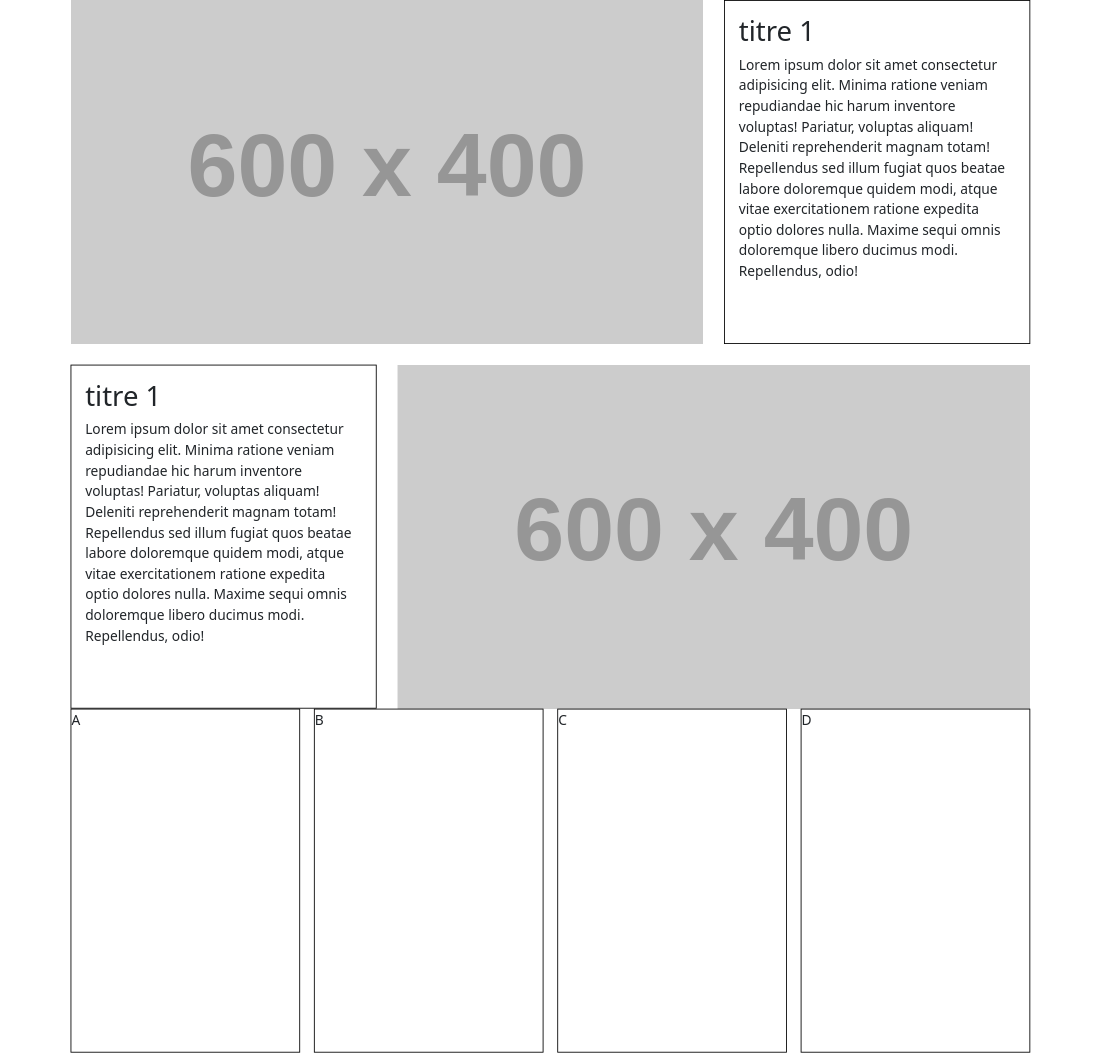
Repository: fbansept/ran3_24_jeu
Page: correction-tp.html
The author's editor kept a copy of each file at every save. The page is drawn from the files as they stood at one save, then again after a run of saves.
The browser window is 1280 px wide. The pictures show the whole page, at 86% of full size.

Above is the page before, as saved 2024-10-22 15:33:40.

### correction-tp.html
<!DOCTYPE html>
<html lang="en">
  <head>
    <meta charset="UTF-8" />
    <meta name="viewport" content="width=device-width, initial-scale=1.0" />
    <title>Document</title>

    <link
      href="https://cdn.jsdelivr.net/npm/bootstrap@5.3.3/dist/css/bootstrap.min.css"
      rel="stylesheet"
      integrity="sha384-QWTKZyjpPEjISv5WaRU9OFeRpok6YctnYmDr5pNlyT2bRjXh0JMhjY6hW+ALEwIH"
      crossorigin="anonymous"
    />

    <script
      defer
      src="https://cdn.jsdelivr.net/npm/bootstrap@5.3.3/dist/js/bootstrap.bundle.min.js"
      integrity="sha384-YvpcrYf0tY3lHB60NNkmXc5s9fDVZLESaAA55NDzOxhy9GkcIdslK1eN7N6jIeHz"
      crossorigin="anonymous"
    ></script>

    <link rel="stylesheet" href="style.css" />
  </head>
  <body class="container">
    <section>
      <div class="row">
        <img
          class="col-md-6 col-lg-8"
          src="https://placehold.co/600x400"
          alt=""
        />
        <article class="col-md-6 col-lg-4">
          <div>
            <h2>titre 1</h2>
            <p>
              Lorem ipsum dolor sit amet consectetur adipisicing elit. Minima
              ratione veniam repudiandae hic harum inventore voluptas! Pariatur,
              voluptas aliquam! Deleniti reprehenderit magnam totam! Repellendus
              sed illum fugiat quos beatae labore doloremque quidem modi, atque
              vitae exercitationem ratione expedita optio dolores nulla. Maxime
              sequi omnis doloremque libero ducimus modi. Repellendus, odio!
            </p>
          </div>
        </article>
      </div>
      <div class="row flex-md-row-reverse mt-4">
        <img
          class="col-md-6 col-lg-8"
          src="https://placehold.co/600x400"
          alt=""
        />
        <article class="col-md-6 col-lg-4">
          <div>
            <h2>titre 1</h2>
            <p>
              Lorem ipsum dolor sit amet consectetur adipisicing elit. Minima
              ratione veniam repudiandae hic harum inventore voluptas! Pariatur,
              voluptas aliquam! Deleniti reprehenderit magnam totam! Repellendus
              sed illum fugiat quos beatae labore doloremque quidem modi, atque
              vitae exercitationem ratione expedita optio dolores nulla. Maxime
              sequi omnis doloremque libero ducimus modi. Repellendus, odio!
            </p>
          </div>
        </article>
      </div>
    </section>
    <section
      class="row row-cols-1 row-cols-md-2 row-cols-lg-4 g-3 g-md-0 g-lg-3 mt-"
    >
      <article class="col">
        <div><span>A</span></div>
      </article>
      <article class="col">
        <div><span>B</span></div>
      </article>
      <article class="col">
        <div><span>C</span></div>
      </article>
      <article class="col">
        <div><span>D</span></div>
      </article>
    </section>
  </body>
</html>

### style.css
section > div > img,
section > article > div,
section > div > article {
  height: 400px;
}

section > article > div,
section > div > article > div {
  border: 1px solid black;
}

section > div > article > div {
  height: 100%;
  padding: 1em;
}

section > div > img {
  object-fit: cover;
}

/* section > div:nth-child(even) {
  flex-direction: row-reverse;
} */

After the next 6 saves:
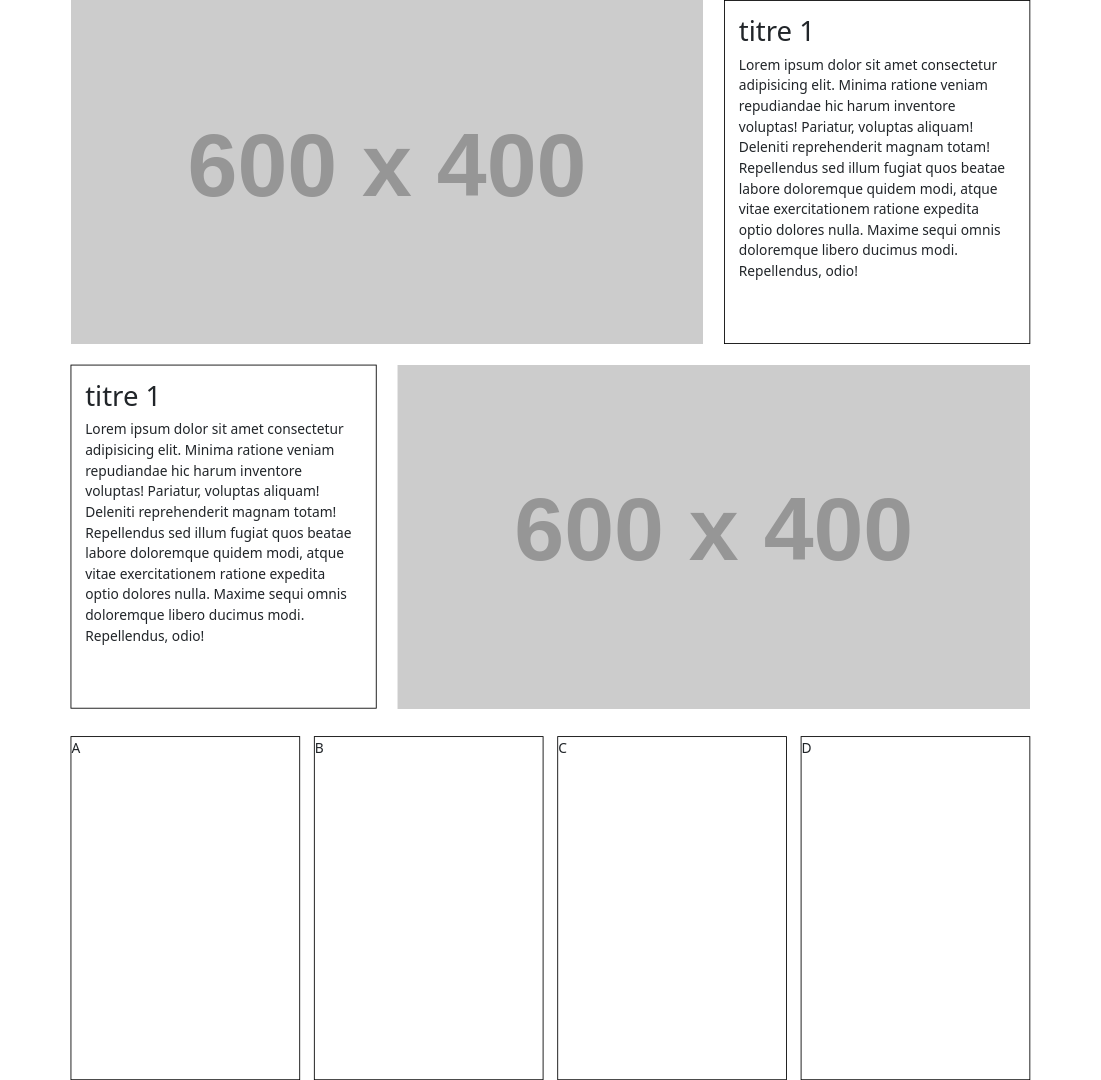
The 6 saves are shown as one change because they came seconds apart.
The last was saved 19 s later.
--- a/correction-tp.html
+++ b/correction-tp.html
@@ -65,7 +65,7 @@
       </div>
     </section>
     <section
-      class="row row-cols-1 row-cols-md-2 row-cols-lg-4 g-3 g-md-0 g-lg-3 mt-"
+      class="row row-cols-1 row-cols-md-2 row-cols-lg-4 g-3 g-md-0 g-lg-3 mt-2 mt-md-3"
     >
       <article class="col">
         <div><span>A</span></div>
